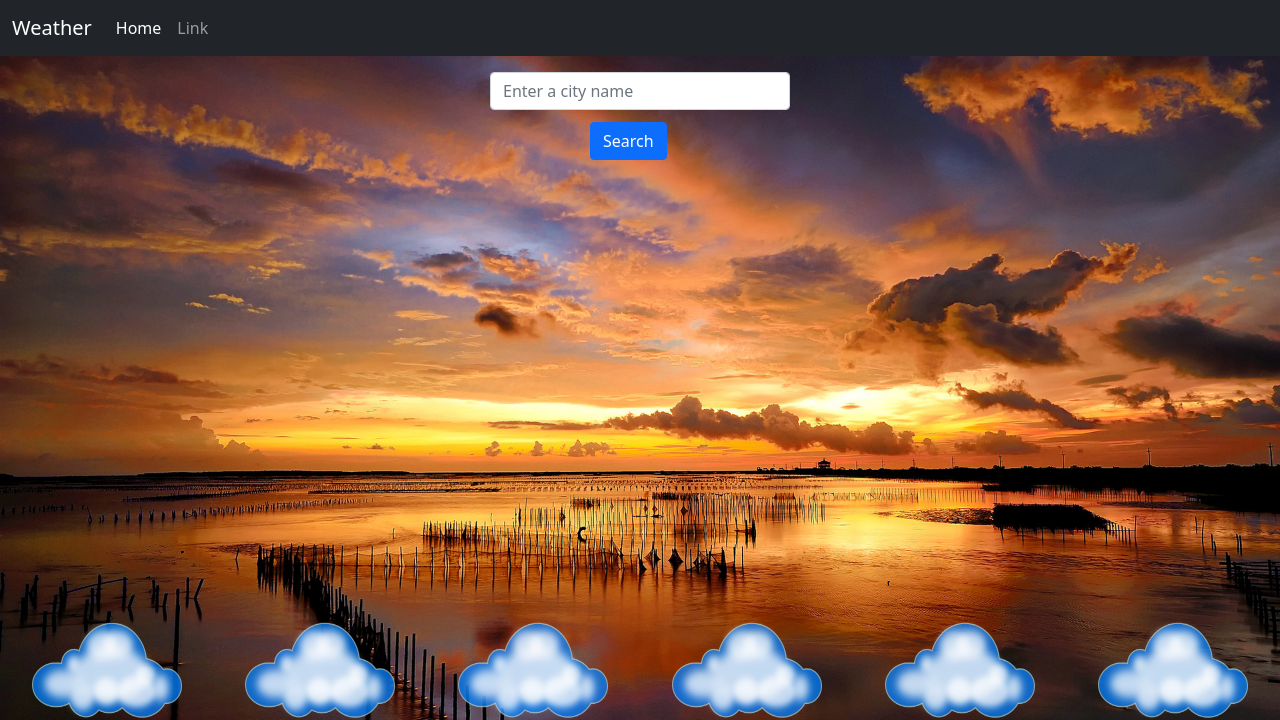
Repository: rohitbharti258/Project_Weather_finder
Page: index.html
These files come from the project's save history. The page is drawn as it stood at one moment and after the next save; the edit follows.
The browser window is 1280 px wide. The pictures show the whole page.

Above is the page before, as saved 2022-02-28 13:06:01.

### index.html
<!DOCTYPE html>
<html lang="en">

<head>
    <meta charset="UTF-8">
    <meta http-equiv="X-UA-Compatible" content="IE=edge">
    <meta name="viewport" content="width=device-width, initial-scale=1.0">
    <title>Weather App</title>
    <link rel="stylesheet" href="style.css">
    <link href="https://cdn.jsdelivr.net/npm/bootstrap@5.1.3/dist/css/bootstrap.min.css" rel="stylesheet"
        integrity="sha384-1BmE4kWBq78iYhFldvKuhfTAU6auU8tT94WrHftjDbrCEXSU1oBoqyl2QvZ6jIW3" crossorigin="anonymous">
</head>

<body>
    <nav class="navbar navbar-expand-lg navbar-dark bg-dark">
        <div class="container-fluid">
            <a class="navbar-brand" href="#">Weather</a>
            <button class="navbar-toggler" type="button" data-bs-toggle="collapse"
                data-bs-target="#navbarSupportedContent" aria-controls="navbarSupportedContent" aria-expanded="false"
                aria-label="Toggle navigation">
                <span class="navbar-toggler-icon"></span>
            </button>
            <div class="collapse navbar-collapse" id="navbarSupportedContent">
                <ul class="navbar-nav me-auto mb-2 mb-lg-0">
                    <li class="nav-item">
                        <a class="nav-link active" aria-current="page" href="#">Home</a>
                    </li>
                    <li class="nav-item">
                        <a class="nav-link" href="#">Link</a>
                    </li>
                </ul>
            </div>
        </div>
    </nav>
    <div class="cloud">
        <img src="./cloud.png" alt="" srcset="">
        <img src="./cloud.png" alt="" srcset="">
        <img src="./cloud.png" alt="" srcset="">
        <img src="./cloud.png" alt="" srcset="">
        <img src="./cloud.png" alt="" srcset="">
        <img src="./cloud.png" alt="" srcset="">
    </div>
    <div class="container my-3">
        <div class="form">
        <!-- <form class="row g-3 ">  -->
            <div class="col-auto" style="width: 300px;">
                <input type="text" class="form-control" id="inputPassword2" placeholder="Enter a city name">
            </div>
            <div class="col-auto">
                <button type="submit" class="btn btn-primary mb-3">Search</button>
            </div>
        <!-- </form> -->
        </div>
    <!-- </div> -->
    <div class="weatherBox">

    </div>
    </div>
    <script src="index.js"></script>
    <!-- <script src="https://cdn.jsdelivr.net/npm/@popperjs/core@2.10.2/dist/umd/popper.min.js"
        integrity="sha384-7+zCNj/IqJ95wo16oMtfsKbZ9ccEh31eOz1HGyDuCQ6wgnyJNSYdrPa03rtR1zdB"
        crossorigin="anonymous"></script>
    <script src="https://cdn.jsdelivr.net/npm/bootstrap@5.1.3/dist/js/bootstrap.min.js"
        integrity="sha384-QJHtvGhmr9XOIpI6YVutG+2QOK9T+ZnN4kzFN1RtK3zEFEIsxhlmWl5/YESvpZ13"
        crossorigin="anonymous"></script>
    <script type="module" src="https://unpkg.com/ionicons@5.5.2/dist/ionicons/ionicons.esm.js"></script>
    <script nomodule src="https://unpkg.com/ionicons@5.5.2/dist/ionicons/ionicons.js"></script> -->
</body>

<!-- // <img src="https://img.icons8.com/color/48/000000/wet.png"/>
// <img src="https://img.icons8.com/color/48/000000/partly-cloudy-day--v1.png"/>
// <img src="https://img.icons8.com/color/48/000000/rain--v2.png"/>  -->


</html>

### style.css
body {
    /* background:linear-gradient(180deg,#5959b3 0%,skyBlue 100%); */
    background: url("./img/bgimg.jpg");
    /* background: url("https://cdn.wallpapersafari.com/43/51/iQEfDy.jpg"); */
    background-repeat: no-repeat;
    background-size: cover;
    width: 100vw;
    height: 100vh;
}

.form {
    width: 300px;
    margin: 0 auto;
}
.cloud{
    display: flex;
    justify-content: space-around;
    align-items: center;
    position: absolute;
    bottom:0px;
    min-width:100%;
    transition: all 0.4s;

}

.cloud img{
    width:150px;
    height:100px;
    animation: cloud 7s linear infinite;
}
@keyframes cloud {
    0%{
        bottom: -10px;
    }
    100%{
        bottom:90%;
    }
}
.weatherBox {
    margin-left: 120px;
    width: 235px;
    height: 300px;
    margin: 0 auto;
    z-index: 1000;
}

.Box {
    display: flex;
    flex-direction: column;
    width: 100%;
    box-shadow: 0px 20px 20px rgba(255, 255, 255, 0.3);
    height: 100%;
    /* border:2px solid; */
    /* border-color: linear-gradient(red,blue); */
    border-radius: 10px;
}

.temp {
    margin-bottom: 15px;
    display: flex;
    justify-content: space-around;
    flex-direction: column;
    float: right;
    font-size: 13px;
    position: absolute;
    right: 40px;
    font-family: -apple-system, BlinkMacSystemFont, 'Segoe UI', Roboto, Oxygen, Ubuntu, Cantarell, 'Open Sans', 'Helvetica Neue', sans-serif;
}

.tempNow {
    text-align: center;
}

.minmax {
    display: flex;
    justify-content: center;
    /* display: none; */
}

.minmax :first-child {
    margin-right: 5px;
}

.cardBox {
    /* border: 2px solid red; */
    width: 100%;
    height: 100%;
    position: relative;
    display: flex;
    justify-content: center;
    align-items: center;
    z-index: 10;
    background: linear-gradient( 135deg, #2196f3, #00bcd4);
    /* border-radius: 20px; */
    /* border-bottom: 2px solid red; */
}

.content {
    width: 100%;
    height: 170px;
    /* border: 1px solid green; */
    /* border: 1px solid #009688; */
    /* border-radius: 20px; */
    border-top: none;
    padding: 30px;
    position: relative;
    backdrop-filter: blur(10px);
    background: linear-gradient( 45deg, black, transparent);
}


/* .content::before{
    content: "";
    position: absolute;
    top: -15px;
    width: 16px;
    left: -1px;
    z-index: 1;
    background: linear-gradient(45deg,black,transparent);
        backdrop-filter:blur(10px);
    height: 16px; */


/* } */


/* .content::after{
    content: "";
    position: absolute;
    top: -12px;
    width: 1px;
    right: -1px; background:#009688;
    height: 10px;
} */

.location {
    display: flex;
    justify-content: space-between;
}

.weather {
    display: flex;
    justify-content: space-between;
}

img {
    width: 22px;
    height: 22px;
}

span p {
    text-align: center;
}

.cardinfo {
    width: 350px;
    display: flex;
}

.date {
    position: absolute;
    top: 0;
    right: 10px;
}

.name {
    position: absolute;
    top: 0;
    left: 10px;
}

.cloudinfo img {
    width: 68px;
    height: 68px;
}

.cloudinfo p {
    font-size: 13px;
    color: rgb(15, 7, 7);
    text-align: center;
}

.content span {
    text-align: center;
}

span p {
    font-size: 10px;
    color: white;
    text-align: center;
    display: flex;
    flex-direction: column;
    align-items: center;
    margin: 0;
}

.form :nth-child(2) {
    margin: 12px auto;
    width: 100px;
}

### index.js
console.log("Weather app")
const btn = document.querySelector(".btn");
const input = document.querySelector(".form-control");
const api = "51d41d6f1c399b2abc7a3fcbfbb057c7";
const weatherBox = document.querySelector(".weatherBox")
let city = "";
const arr = ["Jan", "Feb", "Mar", "Apr", "May", "Jun", "Jul", "Aug", "Sep", "Oct", "Nov", "Dec"];
btn.addEventListener("click", (e) => {
    console.log(e);
    e.preventDefault();
    let str2 = ""
    city = input.value;
    console.log(city)
    input.value = ""
    const xhr = new XMLHttpRequest();
    xhr.open("GET", `https://api.openweathermap.org/data/2.5/weather?q=${city}&appid=${api}`, true);

    xhr.onload = function() {
        let obj = JSON.parse(this.responseText);
        console.log(obj.cod)
        if (obj.cod === 429) {
            str2 += obj.message;
            weatherBox.innerHTML = str2;
        } else
        if (this.status == 200) {

            let ob = [];
            // console.log(ob.push(...obj))/
            let cardbox = document.querySelector(".cardBox");
            let content = document.querySelector(".content")
            str = "";
            str2 = "";
            let sunrise = displayEndtime(obj.sys.sunrise);
            let sunset = displayEndtime(obj.sys.sunset);
            let date = displayDay();
            let c = `&#8451`;
            if (obj.cod == "404") {

            } else {
                str += `
            <div class="Box">
                <div class="cardBox">
                    <div class="cloudinfo">
                      <img src=${"./img/"}${obj.weather[0].main}${".png"}>
                      <p>${obj.weather[0].main}${" | "}${"Feels like "}${(obj.main.feels_like-273).toFixed(0)}${c}</p>
                    </div>
                    <div class="name">
                       <span>${obj.name}${" ,"}${obj.sys.country}</span>
                    </div>
                    <div class="date">
                       <p>${date}</p>
                    </div>
                    <div class="temp">
                        <span class="tempNow">${(obj.main.temp -273.15).toFixed(0)}${c}</span>
                        <div class="minmax">
                           <span class="mintemp">${(obj.main.temp_min-273.15).toFixed(0)}${c}</span>
                           <span class="maxtemp">${(obj.main.temp_max-273.15).toFixed(0)}${c}</span>
                        </div>
                    </div>
                </div>
                <div class="content">
                    <div class="weather">
                        <span class="humidity"><img src="./img/blur.png"/>
                           <p>${obj.main.humidity}${"%"}</p>
                           <p>Humidity</p>
                        </span>
                        <span class="wind"><img src="./img/wind.png"/>
                           <p>${obj.wind.speed}${"m/s"}</p>
                           <p>Wind</p>
                        </span>
                        <span class="sunrise"> <img src="./img/sunrise.png"/>
                           <p>${sunrise}</p>
                           <p>Sunrise</p>
                        </span>
                    </div>
                    <div class="location">
                        <span class="lat">  <img src="./img/latitude.png"/>
                          <p>${obj.coord.lat.toFixed(2)}</p>
                          <p>Latitude</p>
                        </span>
                        <span class="lon"> <img src="./img/longitude.png"/>
                          <p>${obj.coord.lon.toFixed(2)}</p><p>Longitude</p></span>
                        <span class="sunrise"><img src="./img/sunset.png"/>
                          <p>${sunset}</p>
                          <p>Sunset</p>
                        </span>
                    </div>
                </div>
            </div>`;
                weatherBox.innerHTML = str;
                // console.log(str);
            }
        } else {
            console.log("error");
            str2 += "City not found";
            weatherBox.innerHTML = str2;
        }
    }
    xhr.send();
});

function displayEndtime(tstamp) {
    const end = new Date(tstamp);

    const hour = end.getHours();
    const min = end.getMinutes();
    const dis = `${hour > 12 ? hour - 12 : hour}:${min < 10 ? "0" : ""}${min}`;
    return dis;
}

function displayDay() {
    const end = new Date();

    const date = end.getDate();
    const mon = end.getMonth();
    const dis = `${arr[mon]}${","}${date}`;
    return dis;
}

After the next save:
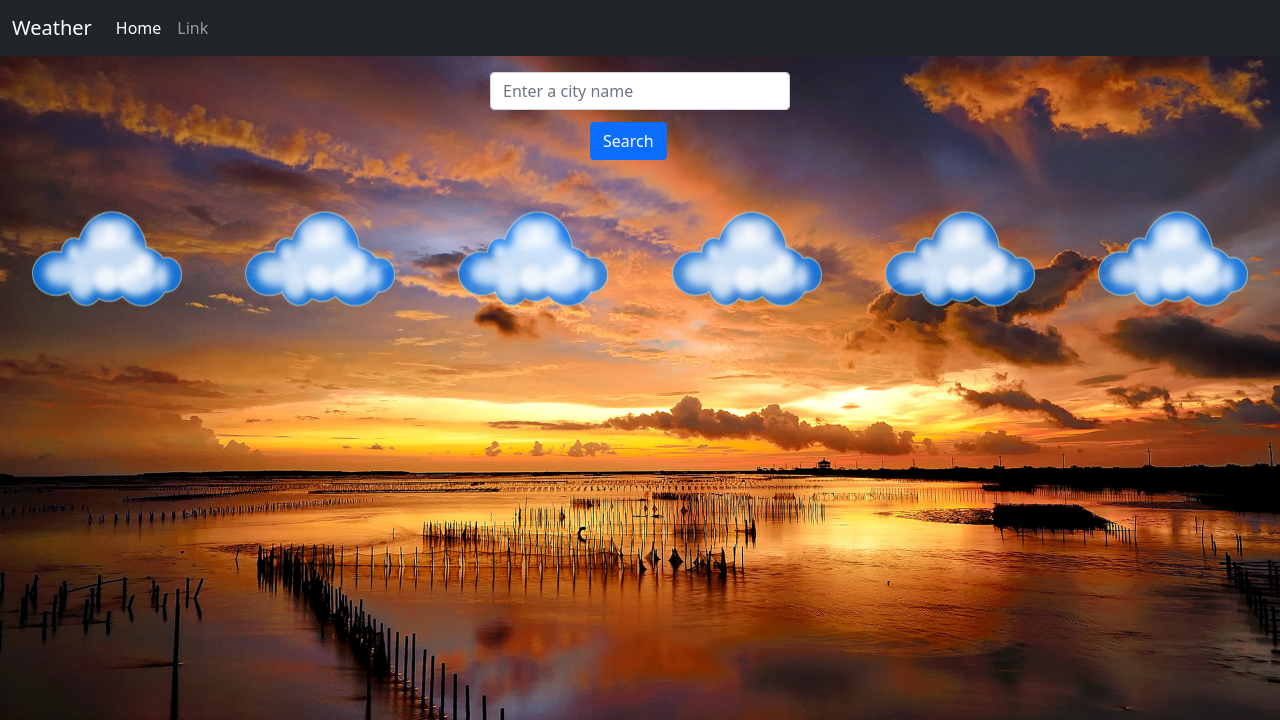
Saved 91 s later.
--- a/style.css
+++ b/style.css
@@ -30,10 +30,20 @@ body {
 }
 @keyframes cloud {
     0%{
-        bottom: -10px;
+        transform: translateY(0);
+        opacity:0;
+    }
+    50%{
+
+        opacity:1;
+    }
+    70%{
+
+        opacity:1;
     }
     100%{
-        bottom:90%;
+        transform: translateY(-80vh);
+        opacity:1;
     }
 }
 .weatherBox {
